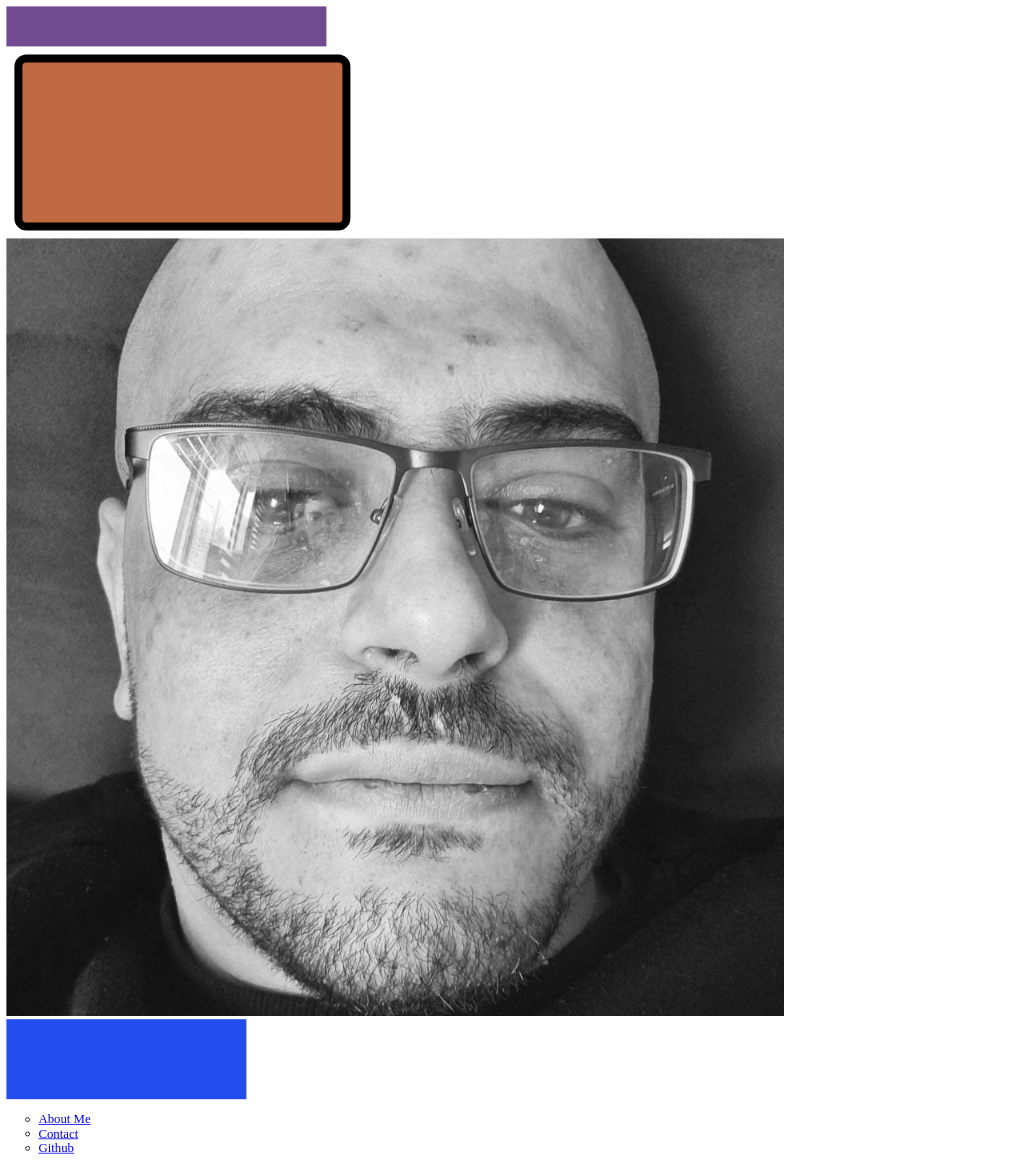
Repository: Mohzagou/Eersteportofolio
Page: index.html
The author's editor kept a copy of each file at every save. The page is drawn from the files as they stood at one save, then again after the next save.
The browser window is 1280 px wide. The pictures show the whole page, at 80% of full size.

Above is the page before, as saved 2022-06-07 18:48:10.

### index.html
<!DOCTYPE html>

<head>
    <link rel="stylesheet" href="styles.css" />
    <meta charset="UTF-8">

    <title>Document</title>
</head>

<body>

    <header></header>
    <div class="about-me"></div>
    <img class="avatar" src="images/67gwzvy.jpeg" alt="Mohamed Zagoudi headshot " />
    <div>
        <section></section>
        <footer>
            <ul style="list-style-type: circle ">
                <li><a href=" ">About Me</a></li>
                <li><a href=" ">Contact</a></li>
                <li><a href="https://github.com/Mohzagou ">Github</a>
                </li>

            </ul>
        </footer>




</body>



</html>

### styles.css
header {
    width: 400px;
    height: 50px;
    background-color: rgb(113, 74, 145);
}

section {
    width: 300px;
    height: 100px;
    background-color: #234def;
}

.about-me {
    width: 400px;
    height: 200px;
    background-color: rgb(177, 69, 21, 0.8);
    margin: 10px;
    border: solid black 10px;
    border-radius: 15px;
}

After the next save:
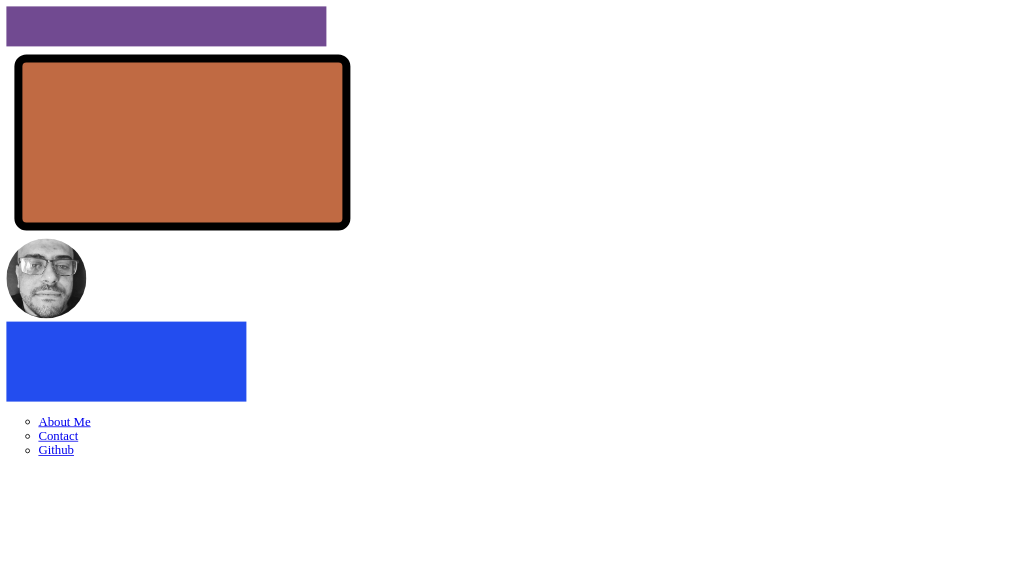
Saved 69 s later.
--- a/styles.css
+++ b/styles.css
@@ -18,3 +18,8 @@ section {
     border: solid black 10px;
     border-radius: 15px;
 }
+
+.avatar {
+    width: 100px;
+    border-radius: 50px;
+}
